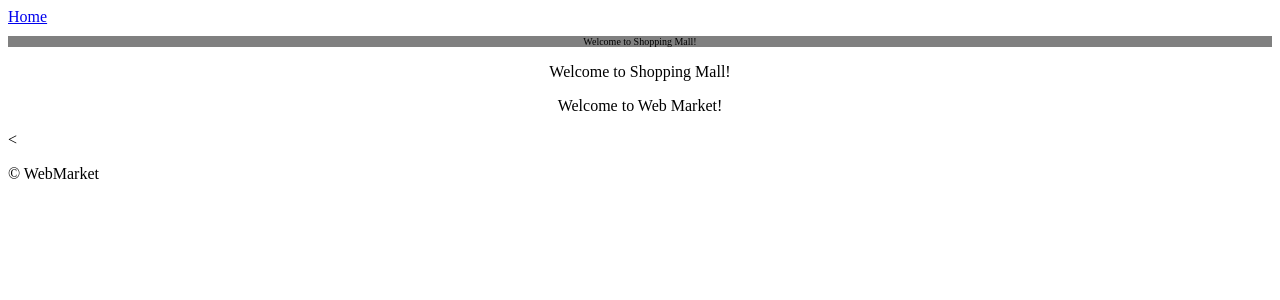
Repository: sunyeongan/Univ_lecture
Page: http://localhost/week7_jsp/ex5.jsp
These files come from the project's save history. The page is drawn as it stood at one moment and after the next save; the edit follows.
The browser window is 1280 px wide. The pictures show the whole page.
The page is served by Tomcat 9.

Above is the page before, as saved 2022-04-14 02:55:50.

### WebSever_2022/work/week7/week7_jsp/src/main/webapp/ex5.jsp
<%@ page language="java" contentType="text/html; charset=EUC-KR"
    pageEncoding="EUC-KR"%>
<!DOCTYPE html>
<html>
<head>
<meta charset="EUC-KR">
<title>Insert title here</title>
<style>
	div{
		text-align : center;
	}
	.menubar{
		width : 100%;
		height : 30%;
		background-color : black;
	}
	.main{
		width : 100%;
		height : 50%;
		background-color : grey;
		font-size : 10px;

	}
	.mid{
		font - size : 5px;
	}

</style>
</head>
<body>

<nav class="site">
	<a class ="bar" href="./환영.jsp">Home</a>
</nav>
<div class = "menubar">
</div>
<div class="main">
	<p>Welcome to Shopping Mall!</p>
</div>
<div class="shop">
	<p>Welcome to Shopping Mall!</p>
</div>

<div class = "mid">
	<p>Welcome to Web Market!</p>
</div>

<
<footer class="">
<p>&copy; WebMarket</p>
</footer>
</body>
</html>

After the next save:
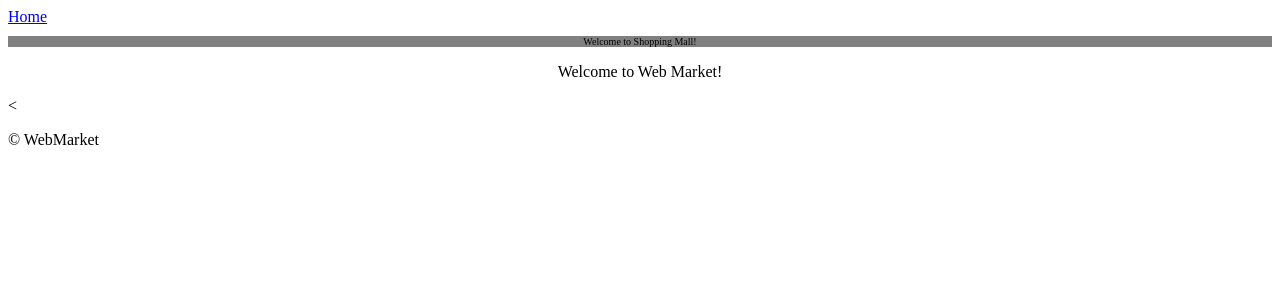
Saved 19 s later.
--- a/WebSever_2022/work/week7/week7_jsp/src/main/webapp/ex5.jsp
+++ b/WebSever_2022/work/week7/week7_jsp/src/main/webapp/ex5.jsp
@@ -37,9 +37,7 @@
 <div class="main">
 	<p>Welcome to Shopping Mall!</p>
 </div>
-<div class="shop">
-	<p>Welcome to Shopping Mall!</p>
-</div>
+
 
 <div class = "mid">
 	<p>Welcome to Web Market!</p>
